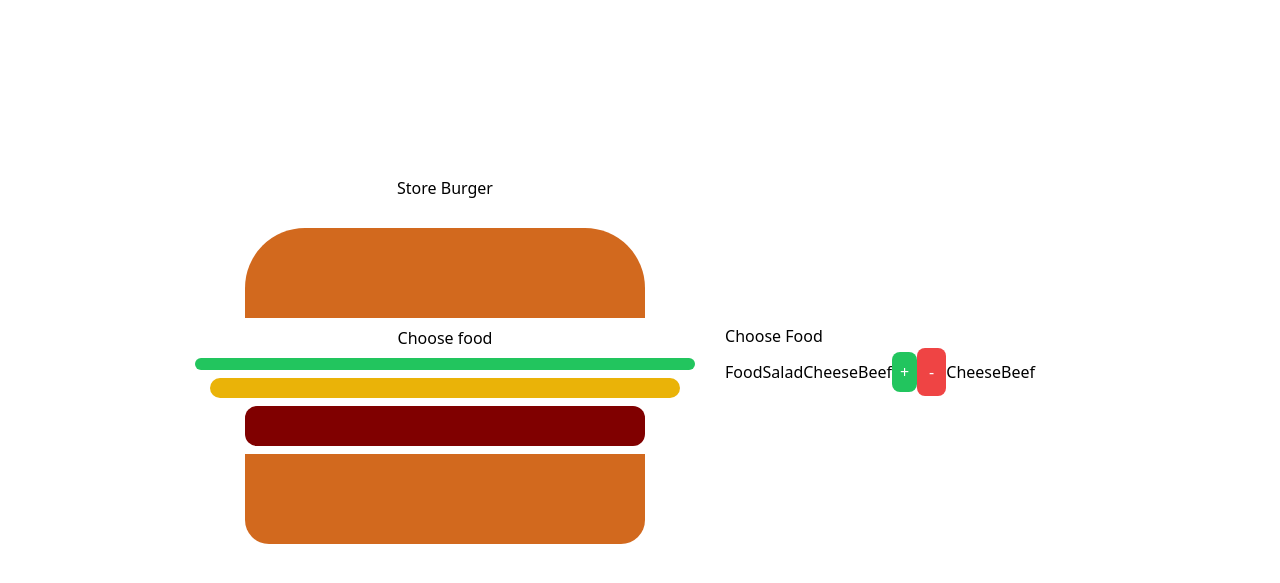
Repository: baobaodeveloper/bootcamp21_HuynhAnhBao_Burger
Page: /
An editor plug-in stored every save of this project. The page is shown before and after the next save, followed by the edit.
The browser window is 1280 px wide. The pictures show the whole page.
The project was rebuilt for these pictures with package versions that can differ from the ones it lists, and the page was loaded fresh each time. Also part of the build but not shown: vite.config.js.

Above is the page before, as saved 2022-05-15 16:59:33.

### src/App.jsx
import Burger from "./components/Burger";

function App() {
  return <Burger></Burger>;
}

export default App;

### src/components/Burger.jsx
import React from "react";

export default function Burger() {
  return (
    <div>
      <div className="flex items-center gap-x-20  w-screen h-screen mx-auto justify-center">
        <div className="flex flex-col justify-center items-center gap-y-2 w-[400px]">
          <h2 className="mb-20">Store Burger</h2>
          <div className="bg-[#D2691E] w-full h-[30px] relative">
            <div className="bg-[#D2691E] w-full h-[60px] absolute top-0 left-0 -translate-y-[60px] rounded-tl-full rounded-tr-full"></div>
          </div>
          <p>Choose food</p>
          {/* loop here */}
          <div className="h-3 bg-green-500 w-[500px] rounded-full"></div>
          <div className="h-5 bg-yellow-500 w-[470px] rounded-full"></div>
          <div className="h-10 bg-[#800000] w-[400px] rounded-xl"></div>

          <div className="w-full bg-[#D2691E] h-[90px] rounded-br-3xl rounded-bl-3xl"></div>
        </div>

        <div className="">
          <h2>Choose Food</h2>
          <div className="flex items-center">
            <div>
              <span>Food</span>
              <span>Salad</span>
              <span>Cheese</span>
              <span>Beef</span>
            </div>
            <div>
              <span></span>
              <span>
                <button className="p-2 bg-green-500 text-white rounded-lg">
                  +
                </button>
                <button className="p-3 bg-red-500 text-white rounded-lg">
                  -
                </button>
              </span>
              <span>Cheese</span>
              <span>Beef</span>
            </div>
          </div>
        </div>
      </div>
    </div>
  );
}

Loaded but not shown: index.html (common file); src/main.jsx (common file); src/index.scss (common file); tailwind.config.js (common file)

After the next save:
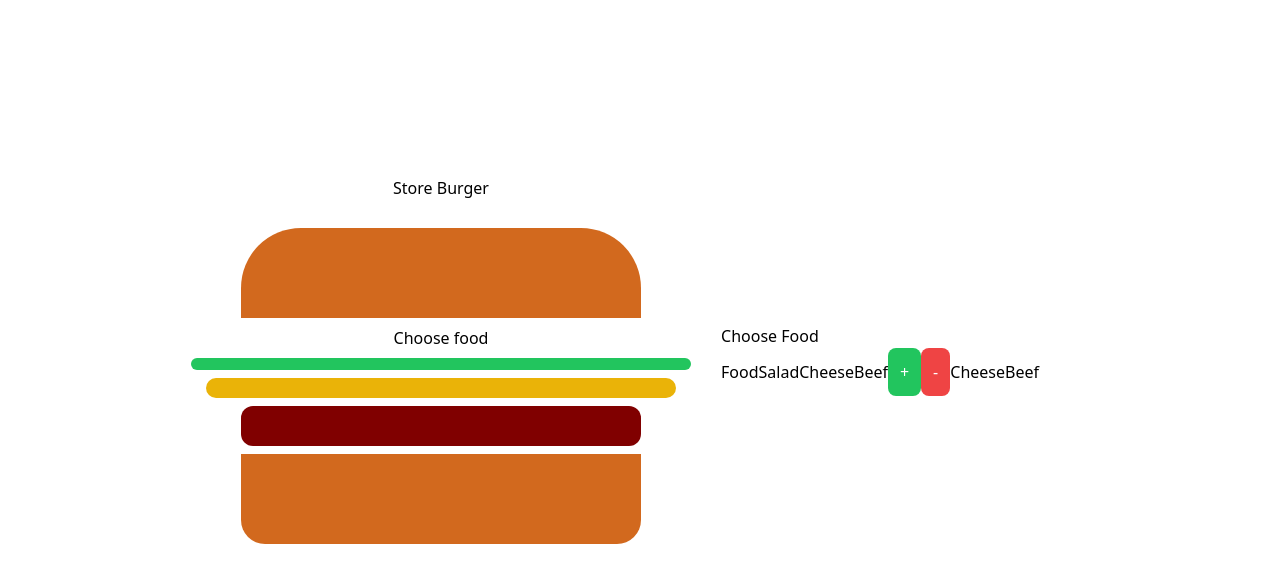
Saved 4 s later.
--- a/src/components/Burger.jsx
+++ b/src/components/Burger.jsx
@@ -30,7 +30,7 @@ export default function Burger() {
             <div>
               <span></span>
               <span>
-                <button className="p-2 bg-green-500 text-white rounded-lg">
+                <button className="p-3 bg-green-500 text-white rounded-lg">
                   +
                 </button>
                 <button className="p-3 bg-red-500 text-white rounded-lg">
